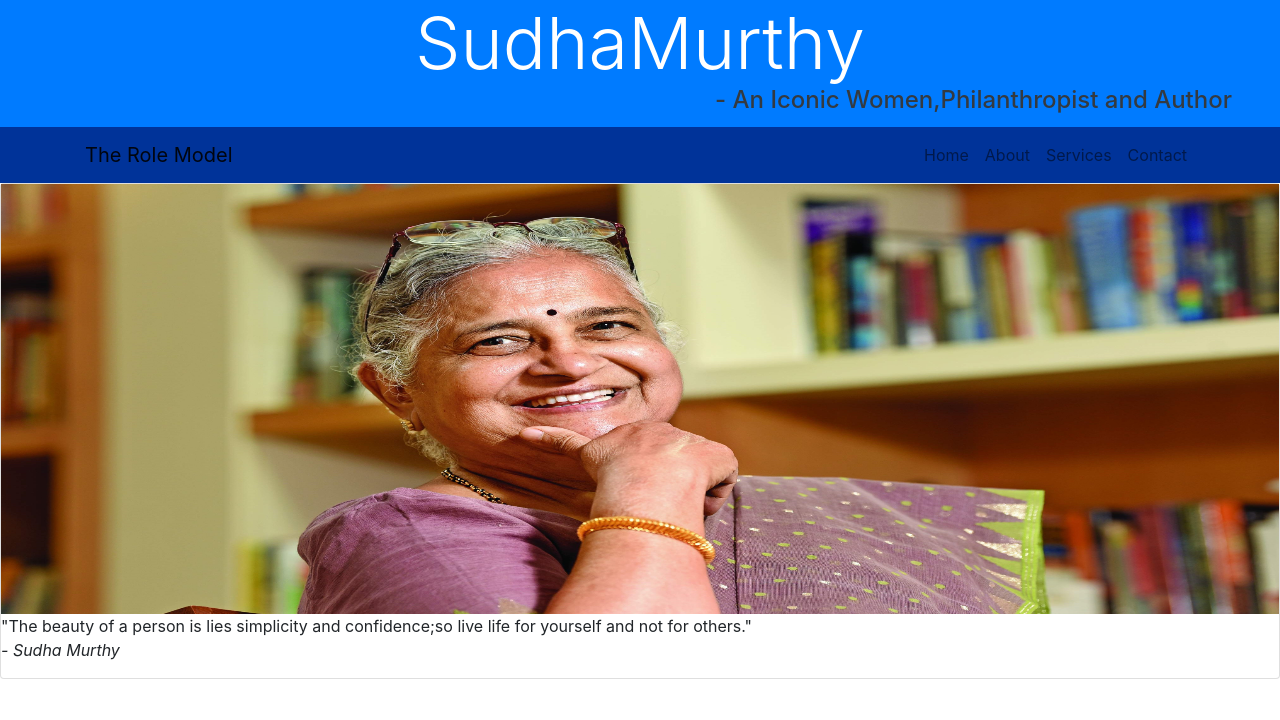
Repository: sumanthr18/RoleModel
Page: index.html
The author's editor kept a copy of each file at every save. The page is drawn from the files as they stood at one save, then again after the next save.
The browser window is 1280 px wide. The pictures show the whole page.

Above is the page before, as saved 2020-03-14 17:31:20.

After the next save:
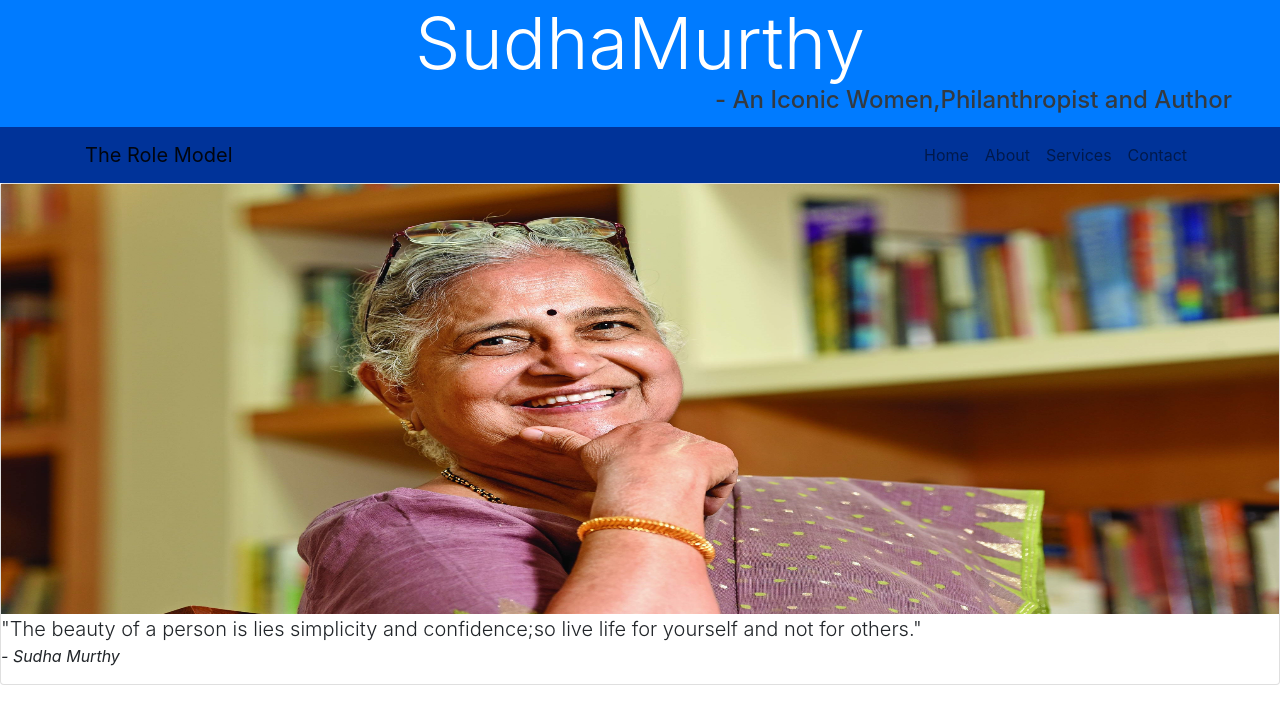
Saved 42 s later.
--- a/index.html
+++ b/index.html
@@ -38,7 +38,7 @@
     <div class="card">
         <img class="" style="width:100%;height:430px" src="Sudha_Murty_1-update.jpg">
         <blockquote>
-            <p class="mb-0">"The beauty of a person is lies simplicity and confidence;so live life for yourself and not for others."</p>
+            <p class="mb-0 lead">"The beauty of a person is lies simplicity and confidence;so live life for yourself and not for others."</p>
             <footer ><cite>- Sudha Murthy</cite></footer>
         </blockquote>
     </div>
